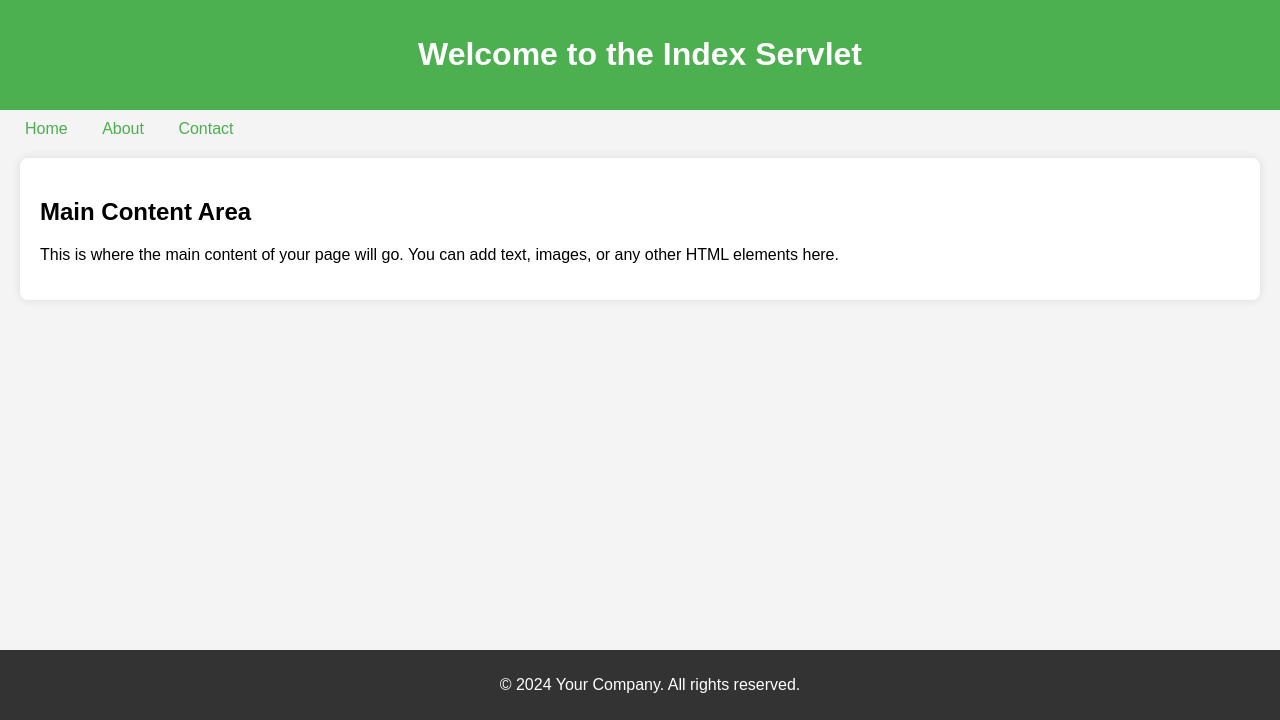
Repository: JayeshKhairnar1/Servlet_JSP
Page: MyProject/src/main/webapp/index.html
An editor plug-in stored every save of this project. The page is shown before and after the next save, followed by the edit.
The browser window is 1280 px wide. The pictures show the whole page.

Above is the page before, as saved 2024-06-26 07:29:06.

### MyProject/src/main/webapp/index.html
<!DOCTYPE html>
<html lang="en">
<head>
    <meta charset="UTF-8">
    <meta name="viewport" content="width=device-width, initial-scale=1.0">
    <title>Index Servlet</title>
    <style>
        body {
            font-family: Arial, sans-serif;
            margin: 0;
            padding: 0;
            background-color: #f4f4f4;
        }
        header {
            background-color: #4CAF50;
            color: white;
            padding: 15px 10px;
            text-align: center;
        }
        nav {
            margin: 10px;
        }
        nav a {
            margin: 0 15px;
            text-decoration: none;
            color: #4CAF50;
        }
        main {
            padding: 20px;
            background-color: white;
            margin: 20px;
            border-radius: 8px;
            box-shadow: 0 0 10px rgba(0, 0, 0, 0.1);
        }
        footer {
            text-align: center;
            padding: 10px;
            background-color: #333;
            color: white;
            position: fixed;
            width: 100%;
            bottom: 0;
        }
    </style>
</head>
<body>
    <header>
        <h1>Welcome to the Index Servlet</h1>
    </header>
    <nav>
        <a href="#">Home</a>
        <a href="#">About</a>
        <a href="#">Contact</a>
    </nav>
    <main>
        <h2>Main Content Area</h2>
        <p>This is where the main content of your page will go. You can add text, images, or any other HTML elements here.</p>
    </main>
    <footer>
        <p>&copy; 2024 Your Company. All rights reserved.</p>
    </footer>
</body>
</html>

After the next save:
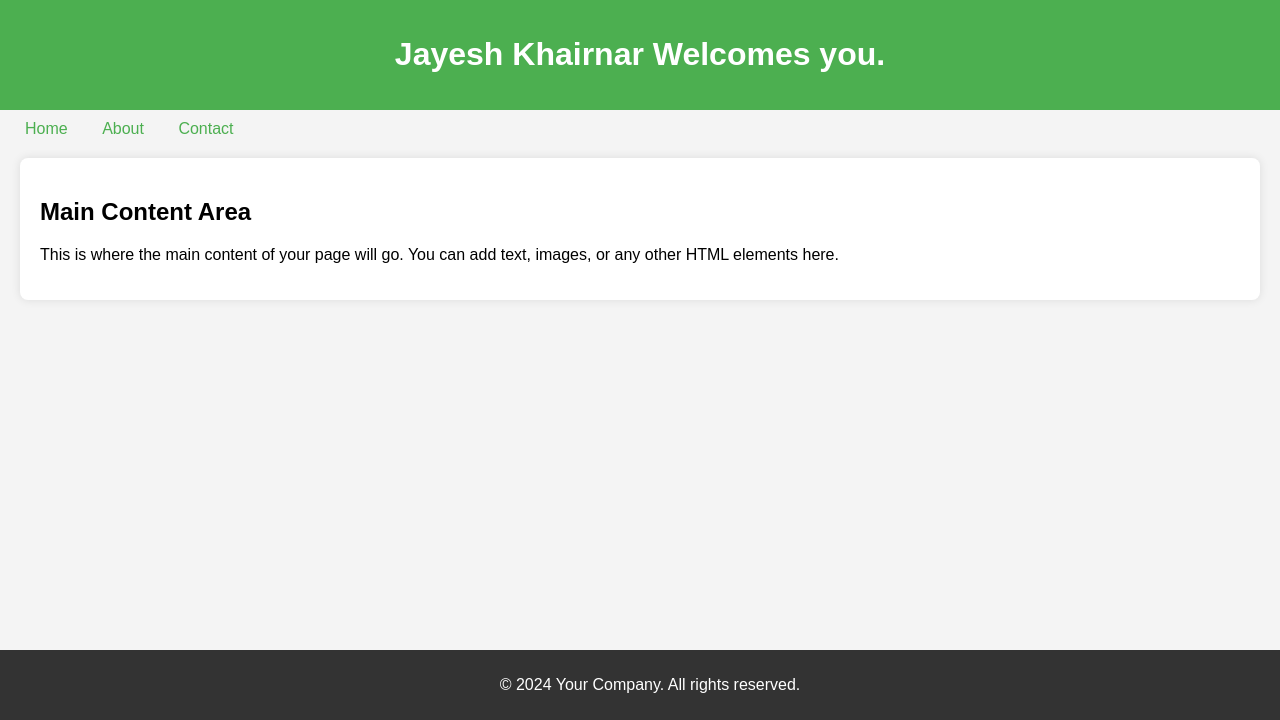
Saved 67 s later.
--- a/MyProject/src/main/webapp/index.html
+++ b/MyProject/src/main/webapp/index.html
@@ -45,7 +45,7 @@
 </head>
 <body>
     <header>
-        <h1>Welcome to the Index Servlet</h1>
+        <h1>Jayesh Khairnar Welcomes you.</h1>
     </header>
     <nav>
         <a href="#">Home</a>
